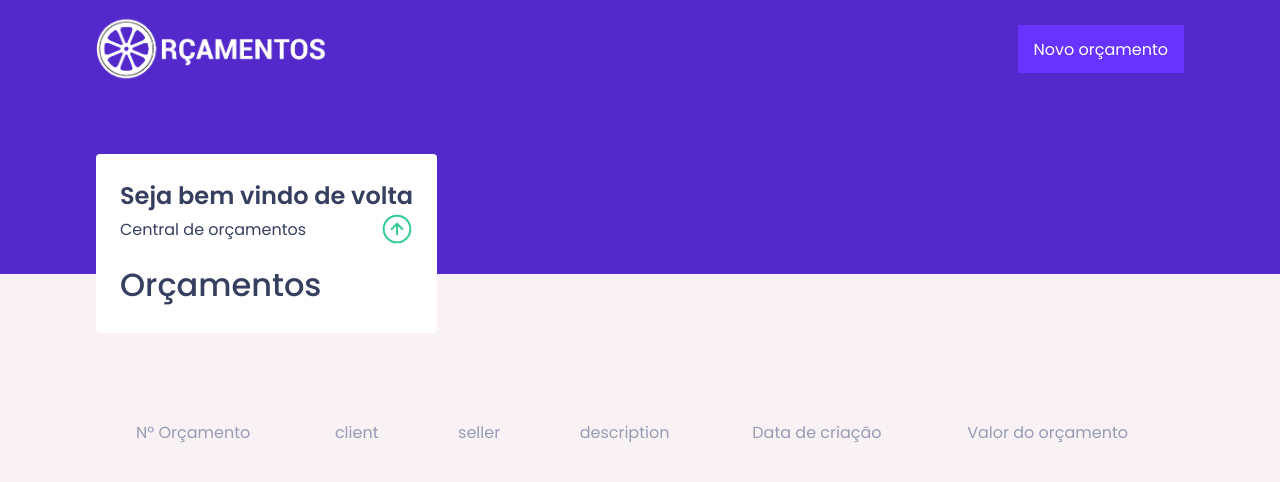
Repository: soualexandre/frentend-botOrcamentos
Page: /
The author's editor kept a copy of each file at every save. The page is drawn from the files as they stood at one save, then again after the next save.
The browser window is 1280 px wide. The pictures show the whole page.
The page's requests for data from a server got no answer. The project was rebuilt for these pictures with package versions that can differ from the ones it lists, and the page was loaded fresh each time. No one was signed in, and anything a server would have sent is missing.

Above is the page before, as saved 2021-07-20 16:41:47.

After the next save:
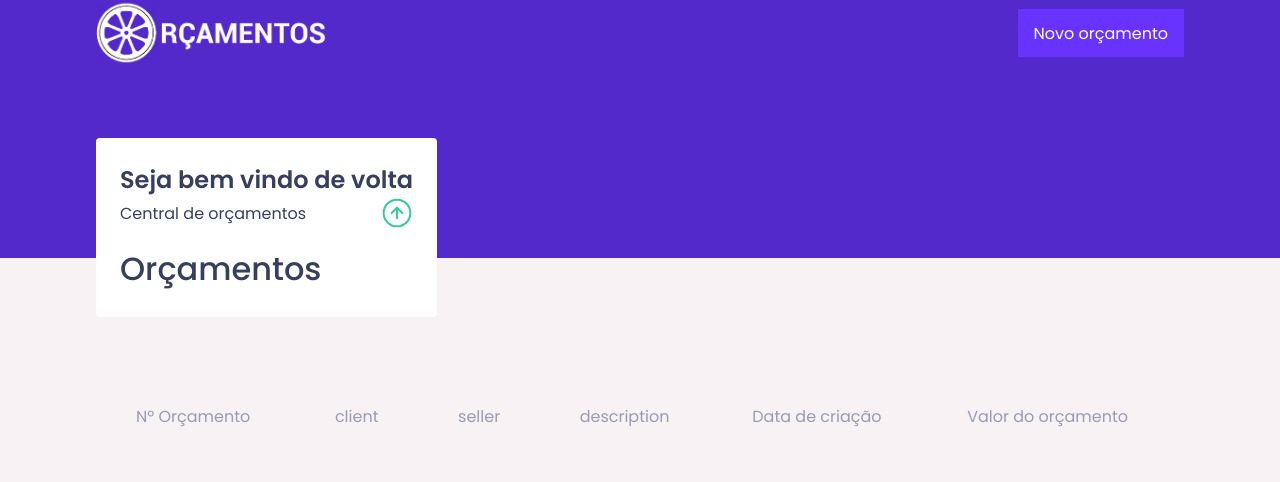
Saved 5 s later.
--- a/src/components/Header/styles.ts
+++ b/src/components/Header/styles.ts
@@ -8,7 +8,7 @@
     background: var(--blue);
     max-width: 1120px;
     margin: 0 auto;
-    padding: 1rem 1rem 12rem;
+    padding: 0rem 1rem 12rem;
 
     display: flex;
     align-items: center;

After the save that followed:
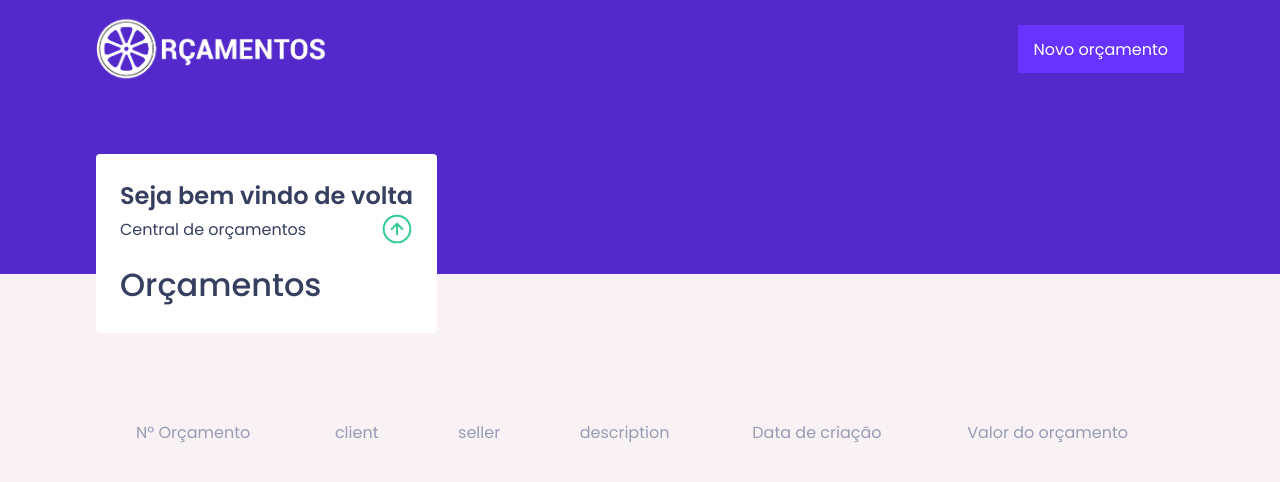
Saved 2 min 48 s later.
--- a/src/components/Header/styles.ts
+++ b/src/components/Header/styles.ts
@@ -8,7 +8,7 @@
     background: var(--blue);
     max-width: 1120px;
     margin: 0 auto;
-    padding: 0rem 1rem 12rem;
+    padding: 1rem 1rem 12rem;
 
     display: flex;
     align-items: center;
